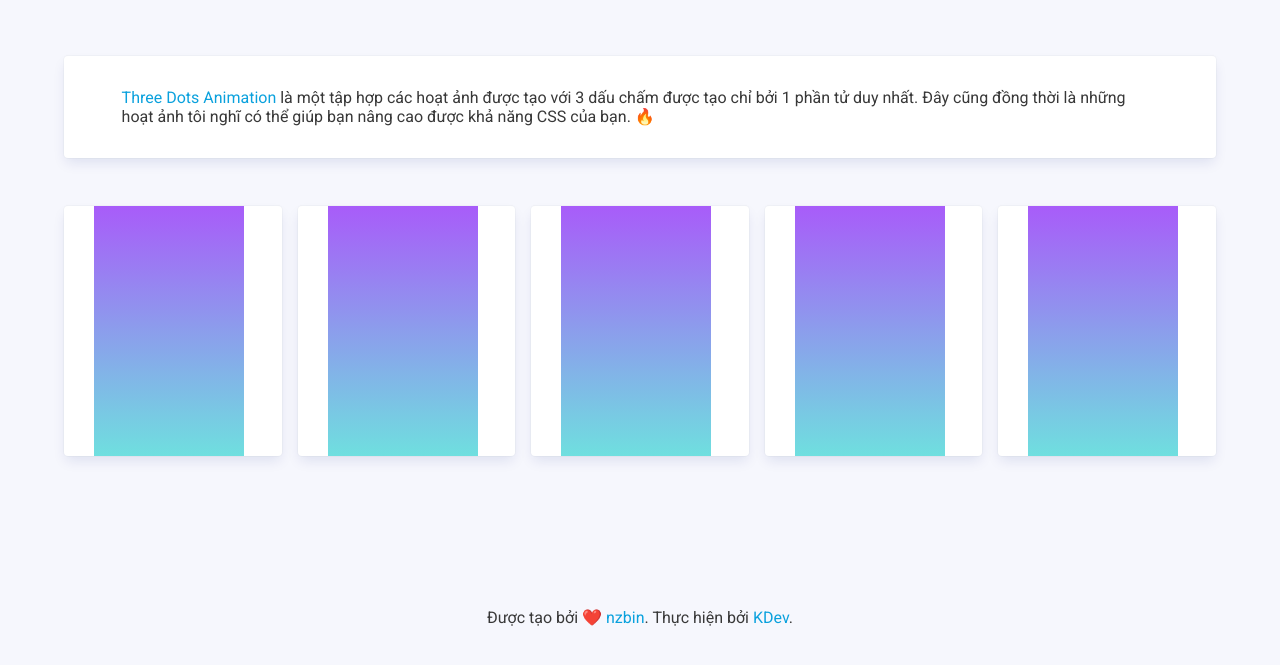
Repository: haokiet2501/lazy-loader-animation
Page: index.html
These files come from the project's save history. The page is drawn as it stood at one moment and after the next save; the edit follows.
The browser window is 1280 px wide. The pictures show the whole page.
The style sheet was rebuilt from its Sass, Less or Tailwind sources for each picture, by a compiler version that may differ from the author's.

Above is the page before, as saved 2022-05-06 19:57:32.

### index.html
<!DOCTYPE html>
<html lang="en">
<head>
    <meta charset="UTF-8">
    <meta http-equiv="X-UA-Compatible" content="IE=edge">
    <meta name="viewport" content="width=device-width, initial-scale=1.0">
    <link rel="shortcut icon" href="image/KDEV.png" type="image/x-icon">
    <link rel="stylesheet" href="sass/css/styles.css">
    <title>Three Dots Animation</title>
</head>
<body>
    <div class="container">
        <div class="title">
            <a href="/" target="_blank">Three Dots Animation</a> là một tập hợp các hoạt ảnh được tạo với 3 dấu chấm được tạo chỉ bởi 1 phần tử duy nhất. Đây cũng đồng thời là những hoạt ảnh tôi nghĩ có thể giúp bạn nâng cao được khả năng CSS của bạn. 🔥
        </div>

        <div class="row">
            <div class="box">
                <div class="stage">

                </div>
            </div>
            <div class="box">
                <div class="stage">

                </div>
            </div>
            <div class="box">
                <div class="stage">

                </div>
            </div>
            <div class="box">
                <div class="stage">

                </div>
            </div>
            <div class="box">
                <div class="stage">

                </div>
            </div>
        </div>

        <footer class="footer">
            <p>
                Được tạo bởi ❤️ <a href="https://github.com/nzbin" target="_blank">nzbin</a>.
                Thực hiện bởi <a href="/" target="_blank">KDev</a>.
            </p>
        </footer>
    </div>
</body>
</html>

### sass/styles.scss
@import 'base/base';

$color-text: #383838;
$color-line: #50dfdb;

.container {
    padding: 2rem 4rem;
}

.title {
    background: #fff;
    padding: 2rem 5%;
    margin: 1.5rem 0;
    box-shadow: 0 .4rem .8rem -.1rem rgba(0, 32, 128, .1), 0 0 0 1px #f0f2f7;
    border-radius: .25rem;
    color: $color-text;
}

.box {
    position: relative;
    height: 250px;
    background: #fff;
    padding: 2rem 5%;
    margin: 1.5rem 0;
    box-shadow: 0 .4rem .8rem -.1rem rgba(0, 32, 128, .1), 0 0 0 1px #f0f2f7;
    border-radius: .25rem;
}

.box::before {
    content: '';
    position: absolute;
    top: 0;
    left: 30px;
    width: 150px;
    height: 100%;
    background: linear-gradient(#A85CF9, #6FDFDF);
}

.row {
    display: grid;
    grid-template-columns: repeat(auto-fill, minmax(184px, 1fr));
    gap: 24px 16px;
}

.footer {
    display: flex;
    justify-content: center;
    align-items: center;
    margin: 128px 0 20px;
}

.footer > p {
    color: $color-text;
}

### sass/base/_base.scss
@import url('https://fonts.googleapis.com/css2?family=Roboto:wght@300;400;500;700&display=swap');

*, ::before, ::after {
    margin: 0;
    padding: 0;
    box-sizing: border-box;
}

html, body {
    scroll-behavior: smooth;
    font-family: 'Roboto', sans-serif;
    background: #f6f7fd;
    height: 100%;
    overflow: auto;
}

a {
    text-decoration: none;
    color: #0AA1DD;
}

After the next save:
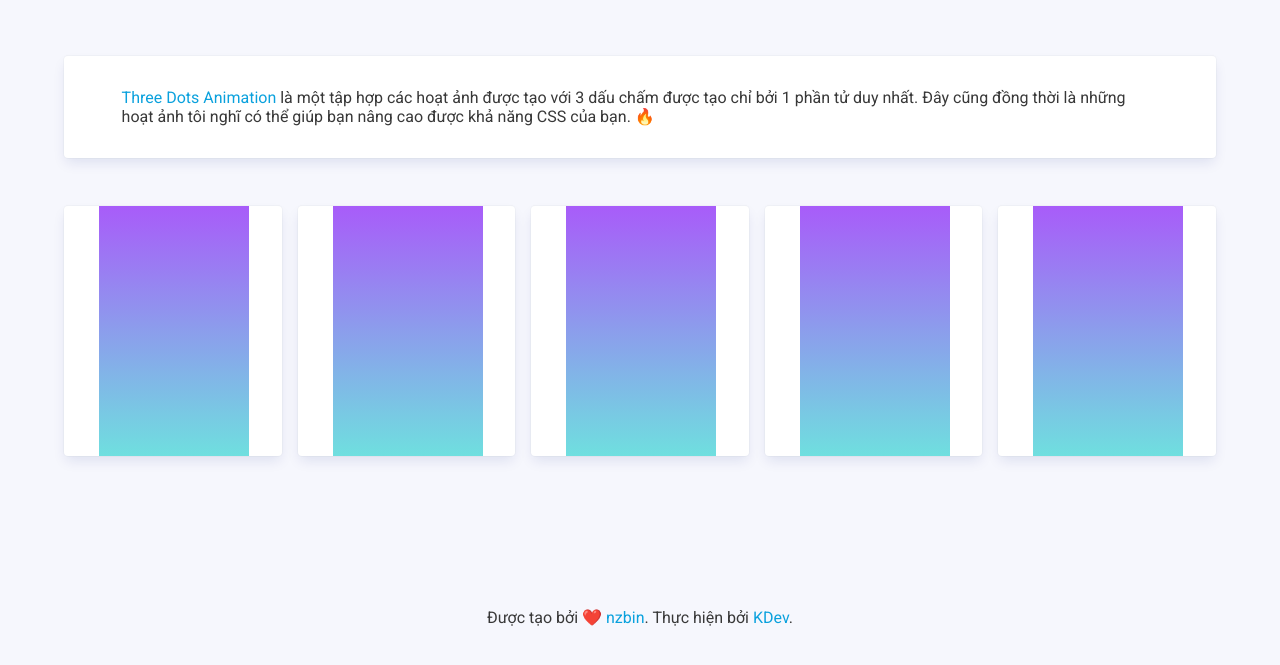
Saved 5 s later.
--- a/sass/styles.scss
+++ b/sass/styles.scss
@@ -30,7 +30,7 @@ $color-line: #50dfdb;
     content: '';
     position: absolute;
     top: 0;
-    left: 30px;
+    left: 35px;
     width: 150px;
     height: 100%;
     background: linear-gradient(#A85CF9, #6FDFDF);
